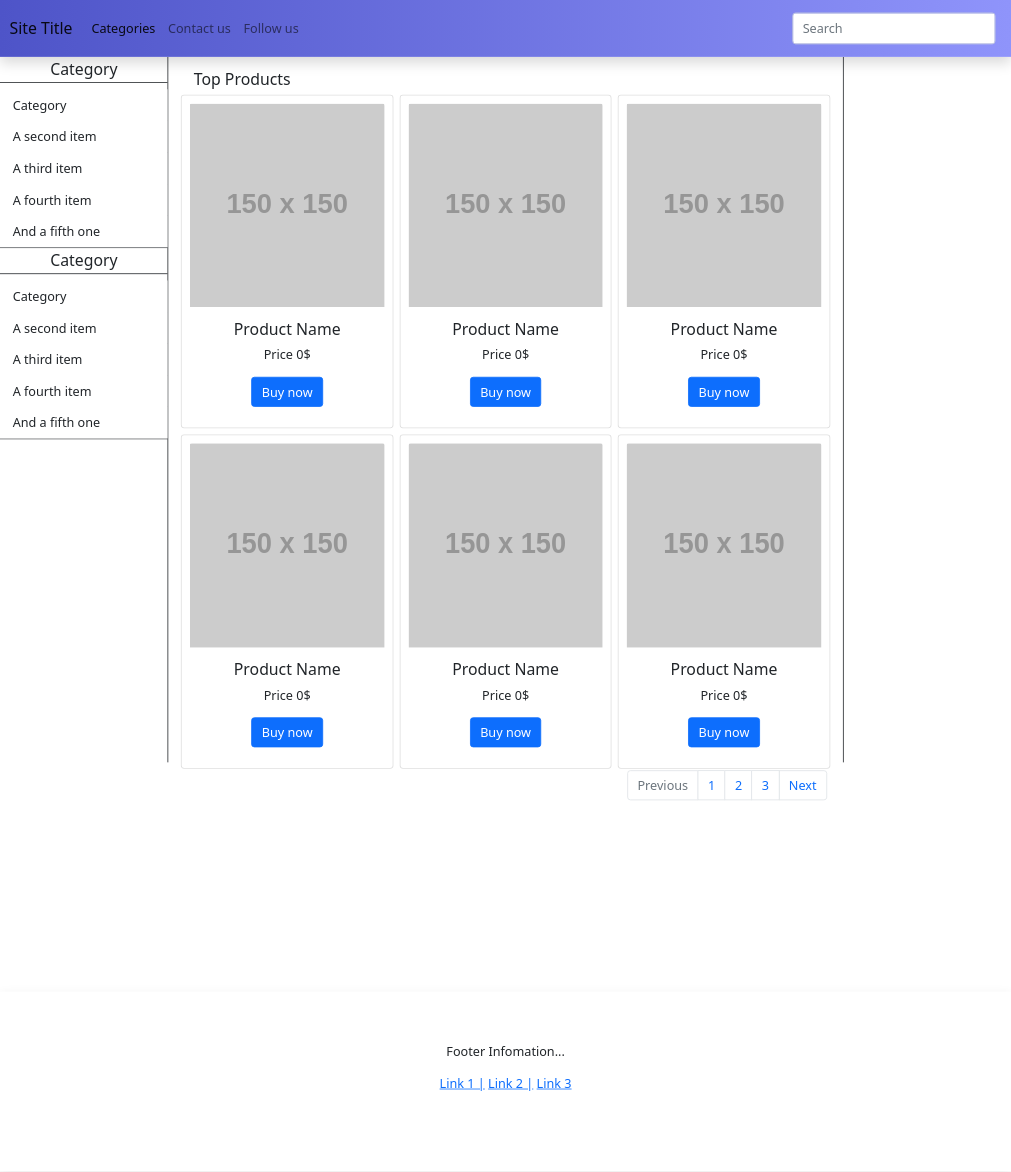
Repository: ttranhhoang/layoutBS
Page: layoutBS1/index.html
These files come from the project's save history. The page is drawn as it stood at one moment and after the next save; the edit follows.
The browser window is 1280 px wide. The pictures show the whole page, at 79% of full size.

Above is the page before, as saved 2022-04-24 22:55:07.

After the next save:
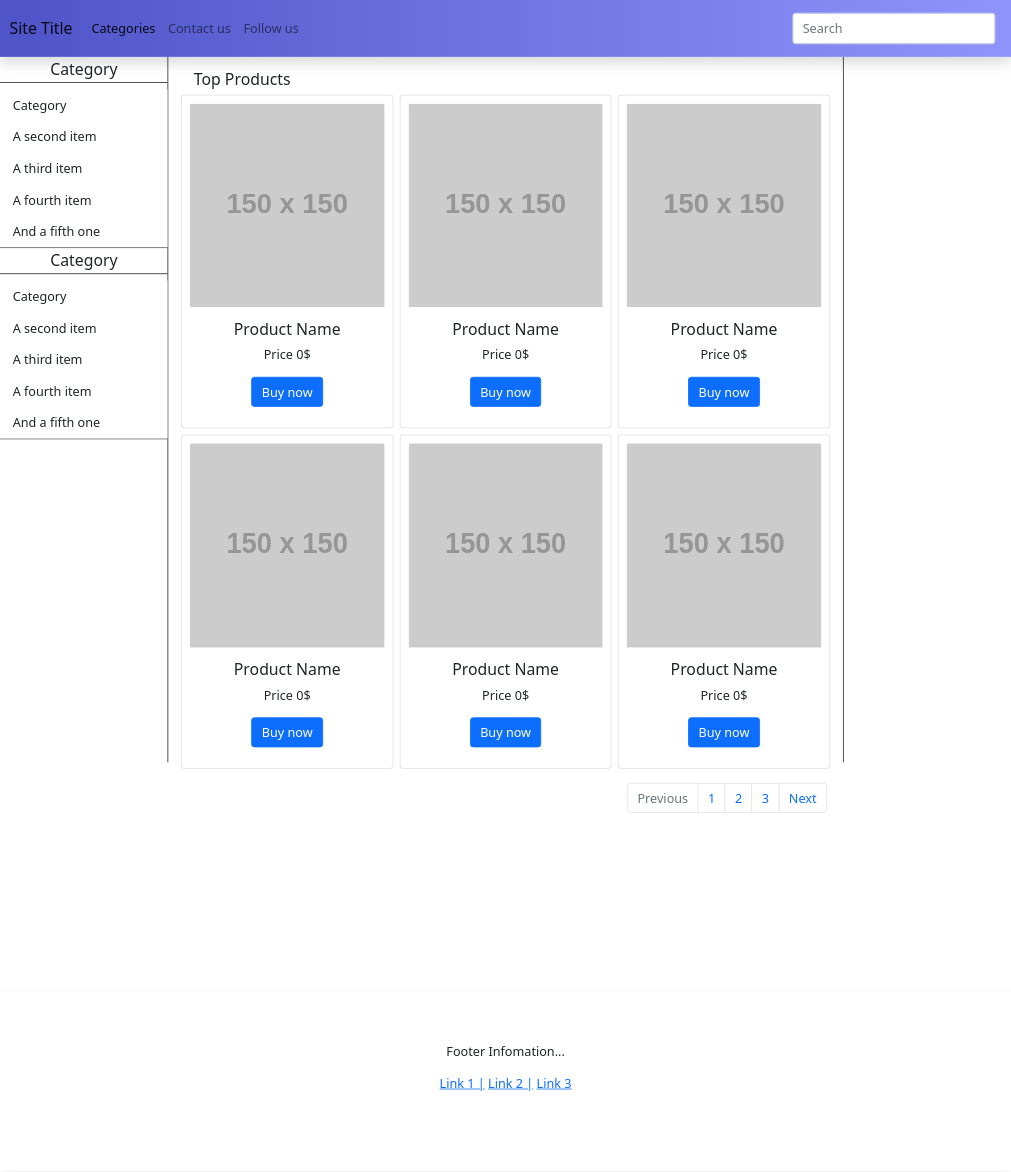
Saved 31 s later.
--- a/layoutBS1/index.css
+++ b/layoutBS1/index.css
@@ -50,7 +50,7 @@ div.row {
   padding: 10px;
 }
 .bottom {
-  bottom: -4em;
+  bottom: -5em;
 }
 .right {
   right: 1em;
